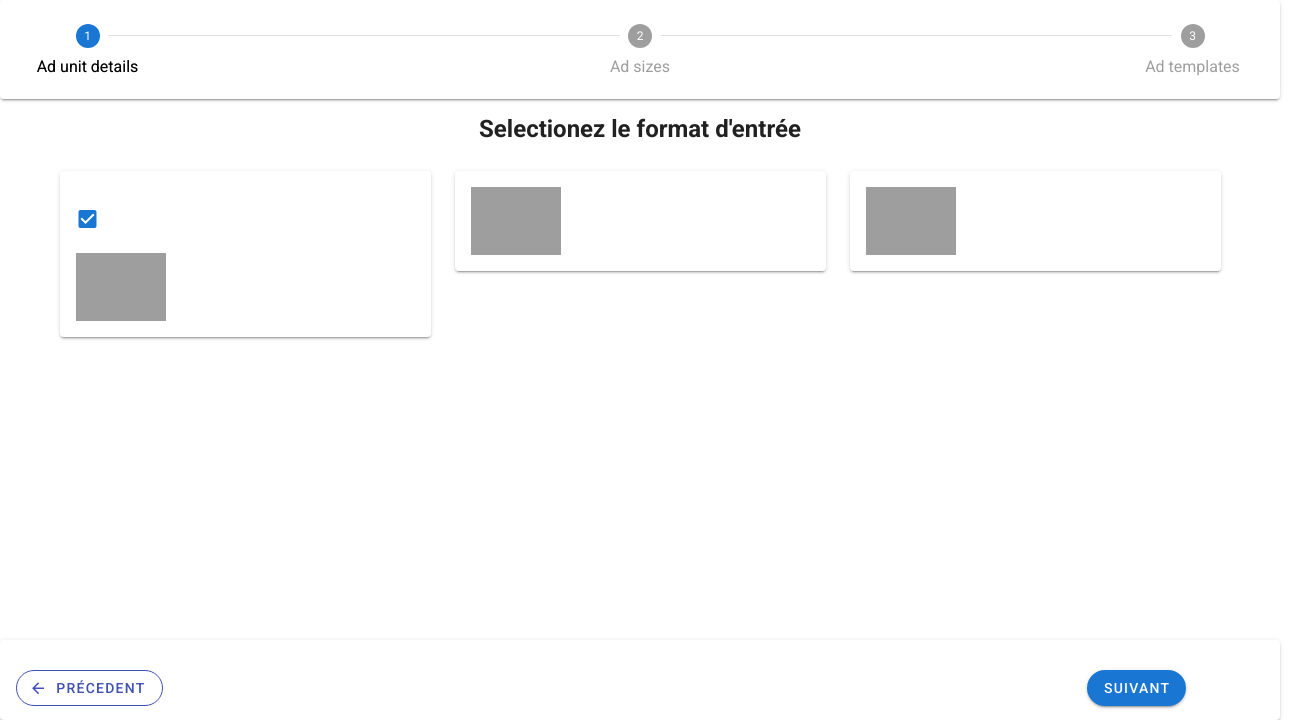
Repository: SidneyHodieb/myc
Page: /addsource/format
The author's editor kept a copy of each file at every save. The page is drawn from the files as they stood at one save, then again after the next save.
The browser window is 1280 px wide. The page is 1292 px wide, so the pictures cover 1292 px, including what lies to the right of the window. The pictures show the whole page.
Pictures or frames that could not be fetched are drawn as grey boxes. The project was rebuilt for these pictures with package versions that can differ from the ones it lists, and the page was loaded fresh each time. Also part of the build but not shown: vue.config.js, src/views/Home.vue, src/views/addSource/components/card.vue, src/views/addSource/components/trigger.vue.

Above is the page before, as saved 2021-04-03 20:12:49.

### src/App.vue
<template>
  <v-app>
    <v-main>
      <router-view></router-view>
    </v-main>
  </v-app>
</template>

<script>

export default {
  name: 'App',
  data: () => ({
    //
  }),
};
</script>

### src/router/index.js
import Vue from 'vue'
import VueRouter from 'vue-router'
import Home from '../views/Home.vue'
import addSource from '../views/addSource/column'
import format from '../views/addSource/components/format'
import card from '../views/addSource/components/card'
import trigger from '../views/addSource/components/trigger'

Vue.use(VueRouter)

const routes = [
  {
    path: '/',
    name: 'Home',
    component: Home
  },
  {
    path: '/addsource',
    name: 'addSource',
    component: addSource,
    children: [
      {
        path: 'format',
        component: format
      },
      {
        path: 'card',
        component: card
      },
      {
        path: 'trigger',
        component: trigger
      }
    ]
  },
  {
    path: '/about',
    name: 'About',
    // route level code-splitting
    // this generates a separate chunk (about.[hash].js) for this route
    // which is lazy-loaded when the route is visited.
    component: function () {
      return import(/* webpackChunkName: "about" */ '../views/About.vue')
    }
  }
]

const router = new VueRouter({
  mode: 'history',
  base: process.env.BASE_URL,
  routes
})

export default router

### src/views/addSource/column.vue
<template>
  <div>
    <!-- Header -->
      <v-stepper alt-labels>
          <v-stepper-header>
            <v-stepper-step step="1">
              Ad unit details
            </v-stepper-step>

            <v-divider></v-divider>

            <v-stepper-step step="2">
              Ad sizes
            </v-stepper-step>

            <v-divider></v-divider>

            <v-stepper-step step="3">
              Ad templates
            </v-stepper-step>
          </v-stepper-header>
        </v-stepper>

        <!-- Content -->
        <router-view></router-view>
        <!--Footer  -->

<v-card class="card-bottom">

    <v-row>
       <v-col>
       <v-btn
       class="ml-4"
      rounded
      outlined
      color="indigo"
    >
     <v-icon left>
        mdi-arrow-left
      </v-icon>
      Précedent
    </v-btn>
       </v-col>

  <v-col offset-md="8" offset-sm="8">
      <v-btn
      rounded
      color="primary"
      dark
    >
      Suivant
    </v-btn>
      </v-col>
      </v-row>
    </v-card>

  </div>
</template>

<script>
export default {

}
</script>

<style lang="scss" scoped>

.card-bottom{
  position: absolute;bottom: 0;width:100%; height: 50px; padding-bottom:50px; padding-top:30px
}

</style>

### src/views/addSource/components/format.vue
<template>
  <v-container grid-list-md>
    <v-row>
      <v-col md="12" sm="12" class="text-center">
        <h2>Selectionez le format d'entrée</h2>
      </v-col>
      <v-col>
        <v-card>
          <v-card-text>
            <div> <v-checkbox
      v-model="checkbox"
    ></v-checkbox>
          <v-img
           width="90"
            src="https://www.flaticon.com/svg/vstatic/svg/786/786788.svg?token=exp=1617473650~hmac=f02174a0ee444bdd71a855da4ad95c3d"
        ></v-img>
        </div>
         </v-card-text>
        </v-card>
      </v-col>
      <v-col>
        <v-card>
          <v-card-text>
          <v-img
           width="90"
            src="https://www.flaticon.com/svg/vstatic/svg/786/786788.svg?token=exp=1617473650~hmac=f02174a0ee444bdd71a855da4ad95c3d"
        ></v-img>
         </v-card-text>
        </v-card>
      </v-col>
      <v-col>
        <v-card>
           <v-card-text>
          <v-img
           width="90"
            src="https://www.flaticon.com/svg/vstatic/svg/786/786788.svg?token=exp=1617473650~hmac=f02174a0ee444bdd71a855da4ad95c3d"
        ></v-img>
         </v-card-text>
        </v-card>
      </v-col>
    </v-row>
  </v-container>
</template>

<script>
export default {
  data () {
      return {
        checkbox: true,
      }
    },
}
</script>

<style>

</style>

Loaded but not shown: public/index.html (common file); src/main.js (common file); src/store/index.js (common file); src/plugins/vuetify.js (common file)

After the next save:
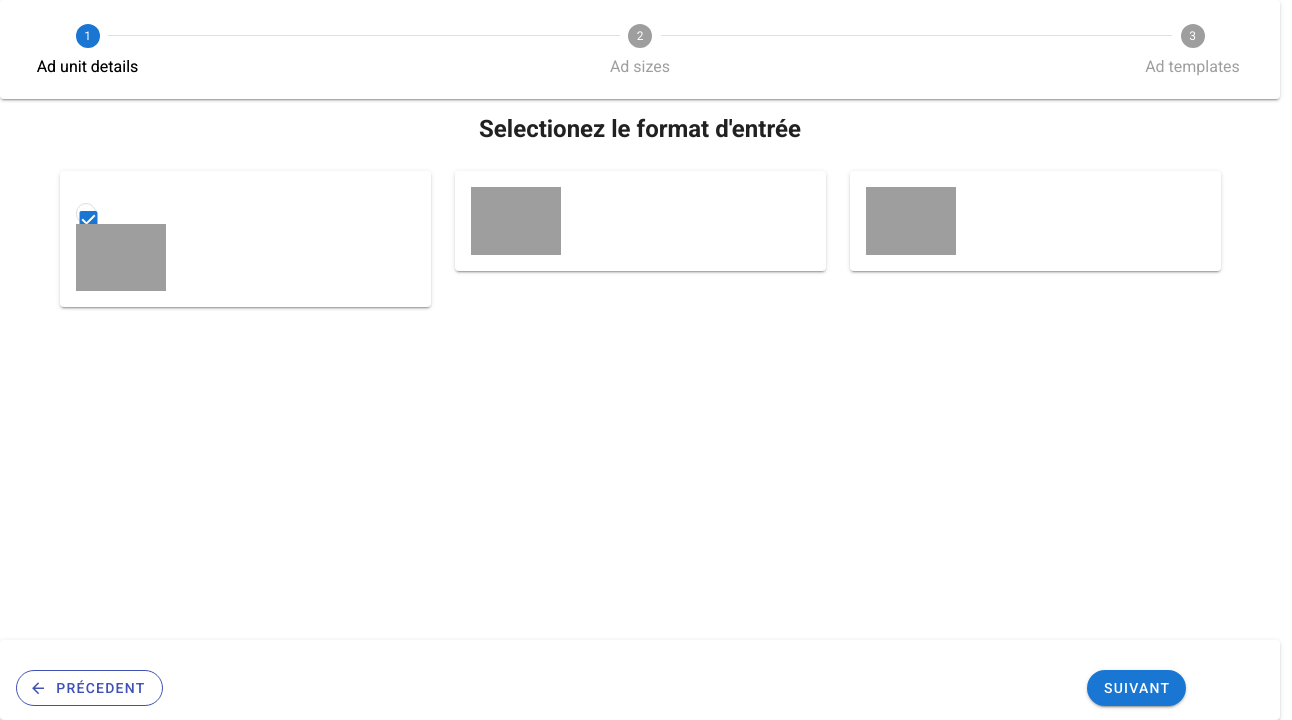
Saved 11 min 7 s later.
--- a/src/views/addSource/components/format.vue
+++ b/src/views/addSource/components/format.vue
@@ -7,7 +7,7 @@
       <v-col>
         <v-card>
           <v-card-text>
-            <div> <v-checkbox
+            <div> <v-checkbox class="checkbox-round"
       v-model="checkbox"
     ></v-checkbox>
           <v-img
@@ -52,6 +52,17 @@ export default {
 }
 </script>
 
-<style>
+<style lang="scss" scoped>
 
+.checkbox-round {
+    width: 1.3em;
+    height: 1.3em;
+    background-color: white;
+    border-radius: 50%;
+    vertical-align: middle;
+    border: 1px solid #ddd;
+    -webkit-appearance: none;
+    outline: none;
+    cursor: pointer;
+}
 </style>
